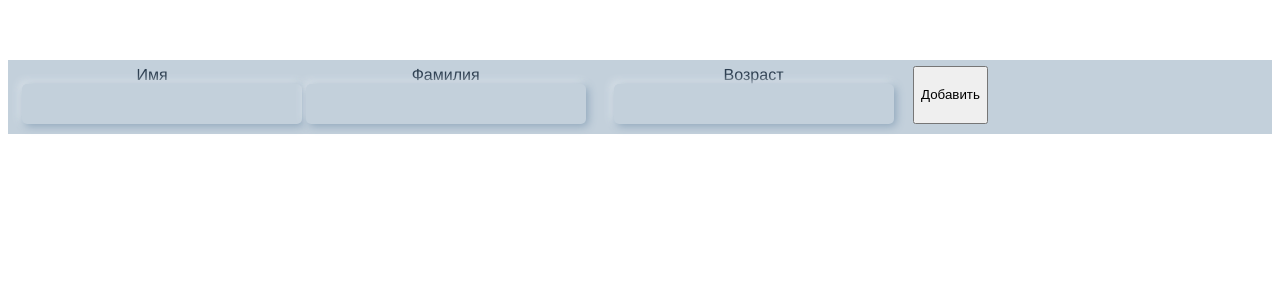
Repository: shum89/test-vue-table
Page: /
An editor plug-in stored every save of this project. The page is shown before and after the next save, followed by the edit.
The browser window is 1280 px wide. The pictures show the whole page.
The project was rebuilt for these pictures with package versions that can differ from the ones it lists, and the page was loaded fresh each time. Also part of the build but not shown: vue.config.js.

Above is the page before, as saved 2021-07-18 15:37:44.

### src/App.vue
<template>
  <Form @submit="addData" />
  <Table @remove="removeData" :list="list" />
</template>
<script>
import { uuid } from 'vue-uuid';
import { ref } from 'vue';
import Form from './components/Form.vue';
import Table from './components/Table.vue';

export default {
  components: { Form, Table },
  setup() {
    const list = ref([]);

    const normalizeString = (str) => {
      const result = str.charAt(0).toUpperCase() + str.slice(1).toLowerCase();
      return result;
    };

    const addData = (person) => {
      list.value.push({
        firstName: normalizeString(person.firstName),
        lastName: normalizeString(person.lastName),
        age: person.age,
        id: uuid.v1(),
      });
    };

    const removeData = (id) => {
      list.value = list.value.filter((i) => i.id !== id);
    };

    return {
      list,
      addData,
      removeData,
    };
  },
};
</script>
<script></script>

<style>
body {
  --base: #090e10;
  --base1: #ebeff3;
  --base2: #c3d0db;
  --base3: #88a1b7;
  --baseDark1: #396387;
  --baseDark2: #204566;
  --baseDark3: #152e44;
  --input-shadow: 2px 2px 9px var(--base3), -2px -2px 9px var(--base1);
  --input-shadow-active: inset 2px 2px 6px var(--base3), inset -2px -2px 6px var(--base1),
    1px 1px 6px var(--base3), -1px -1px 6px var(--base1);
  --shadow-transition: all 0.25s cubic-bezier(0.17, 0.67, 0.83, 0.67);
}
fieldset {
  border: none;
}
#app {
  font-family: Avenir, Helvetica, Arial, sans-serif;
  -webkit-font-smoothing: antialiased;
  -moz-osx-font-smoothing: grayscale;
  text-align: center;
  color: #2c3e50;
  margin-top: 60px;
  background: var(--base2);
  box-sizing: border-box;
}
.table__row-group {
  display: flex;
  align-items: center;
  flex-direction: column;
}
.table__row {
  display: grid;
  gap: 5px;
  grid-template-columns: repeat(3, 1fr);
  justify-content: center;
  max-width: 500px;
  width: 100%;
}
</style>

### src/components/Form.vue
<template>
  <form @submit.prevent="onSubmit">
    <fieldset class="form__fieldset">
      <label for="firstName">
        <span>Имя</span>
        <input class="form__input" v-model="person.firstName" type="text" id="firstName" />
      </label>

      <label for="lastName">
        <span>Фамилия</span>
        <input class="form__input" v-model="person.lastName" type="text" id="lastName" />
      </label>
      <label for="age">
        <span>Возраст</span>
        <input class="form__input" v-model="person.age" type="number" id="age" />
      </label>
      <button type="submit">Добавить</button>
    </fieldset>
  </form>
</template>

<script>
import { reactive } from 'vue';

export default {
  setup(_, { emit }) {
    const person = reactive({
      firstName: '',
      lastName: '',
      age: '',
    });
    const onSubmit = () => {
      emit('submit', person);
    };

    return { onSubmit, person };
  },

  name: 'Form',
  inheritAttrs: false,
};
</script>

<style scoped>
.form__input {
  border: none;
  appearance: none;
  width: 100%;
  max-width: 250px;
  border-radius: 10px;
  font-size: 15px;
  line-height: 20px;
  min-height: 20px;
  padding: 10px 15px;
  background: var(--base2);
  box-shadow: var(--input-shadow);
  border-radius: 5px;
  transition: var(--shadow-transition);
}
.form__input:focus-within {
  transition: var(--shadow-transition);
  box-shadow: var(--input-shadow-active);
  border: var(--baseDark3);
  outline: 0;
}
.form__fieldset {
  display: flex;
  gap: 15px;
}
</style>

### src/components/Table.vue
<template>
  <div v-if="list.length > 0" class="table" role="grid" aria-colcount="3">
    <div class="table__row-group" role="rowgroup">
      <div class="table__row" role="row">
        <span role="columnheader" aria-colindex="1">First Name</span>
        <span role="columnheader" aria-colindex="2">Last Name</span>
        <span role="columnheader" aria-colindex="3">Age</span>
      </div>
    </div>
    <div class="table__row-group" role="rowgroup">
      <div class="table__row" v-for="listItems in list" :key="listItems.id" role="row">
        <div aria-colindex="1" role="gridcell">
          <span> {{ listItems.firstName }}</span>
        </div>
        <div aria-colindex="2" role="gridcell">
          <span> {{ listItems.lastName }}</span>
        </div>
        <div aria-colindex="3" role="gridcell">
          <span>{{ listItems.age }}</span>
        </div>
        <button @click="removeData(listItems.id)">X</button>
      </div>
    </div>
  </div>
</template>

<script>
export default {
  props: {
    list: Array,
  },
  setup(_, { emit }) {
    const removeData = (id) => {
      emit('remove', id);
    };
    return { removeData };
  },
  name: 'Table',
};
</script>

<style></style>

Loaded but not shown: public/index.html (common file); src/main.js (common file)

After the next save:
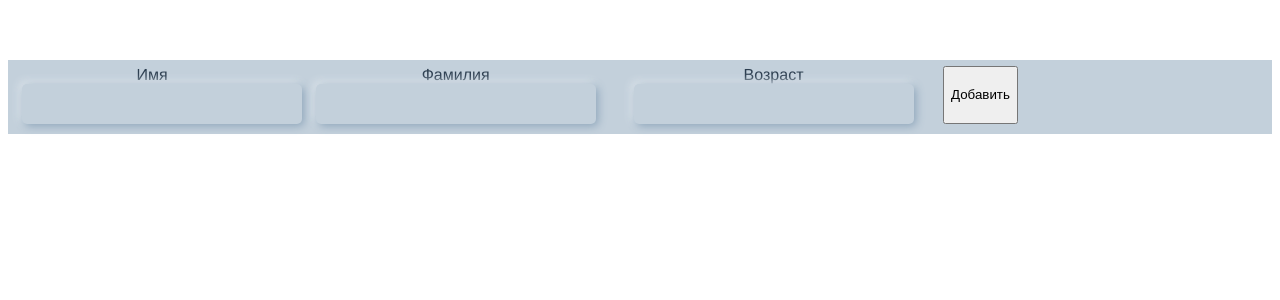
Saved 11 s later.
--- a/src/components/Form.vue
+++ b/src/components/Form.vue
@@ -65,6 +65,6 @@ export default {
 }
 .form__fieldset {
   display: flex;
-  gap: 15px;
+  gap: 25px;
 }
 </style>
